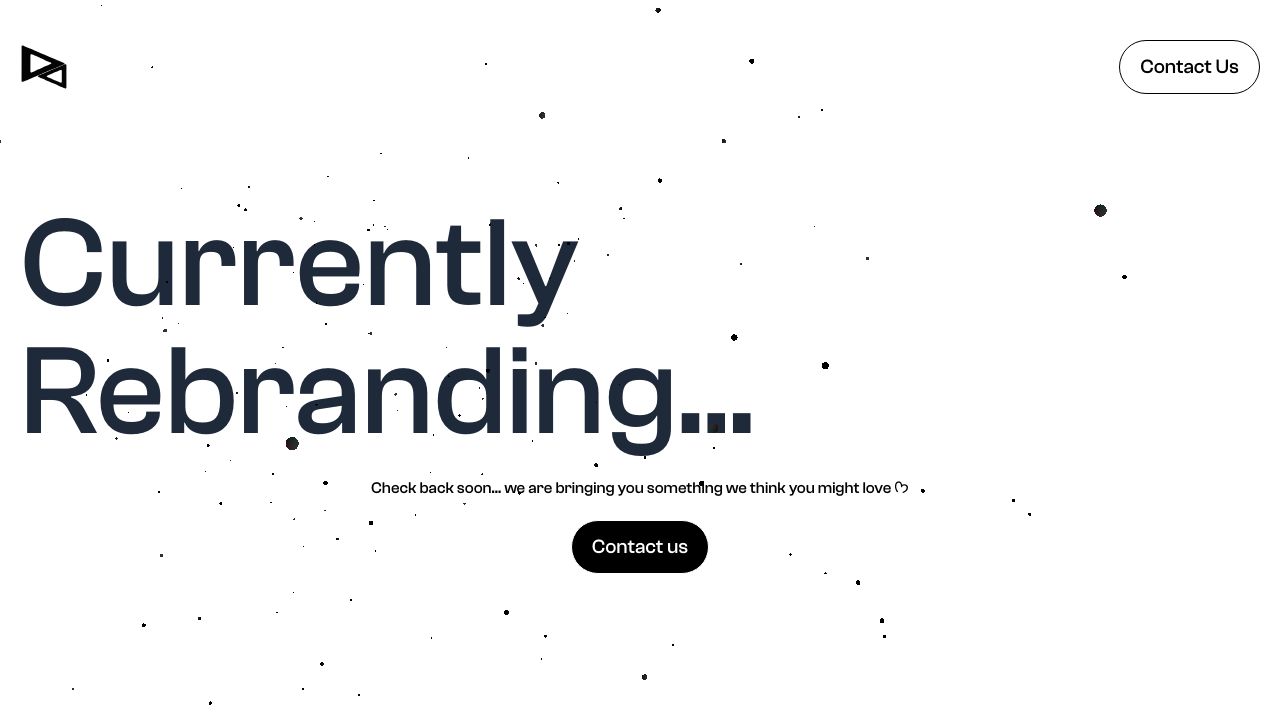
Repository: Cybugg/Nexxistudios-new
Page: /
An editor plug-in stored every save of this project. The page is shown before and after the next save, followed by the edit.
The browser window is 1280 px wide. The pictures show the whole page.
The project was rebuilt for these pictures with package versions that can differ from the ones it lists, and the page was loaded fresh each time. The framework's server and built-in components were replaced by stand-ins that run in the browser. Also part of the build but not shown: next.config.mjs.

Above is the page before, as saved 2025-09-06 16:15:50.

After the next save:
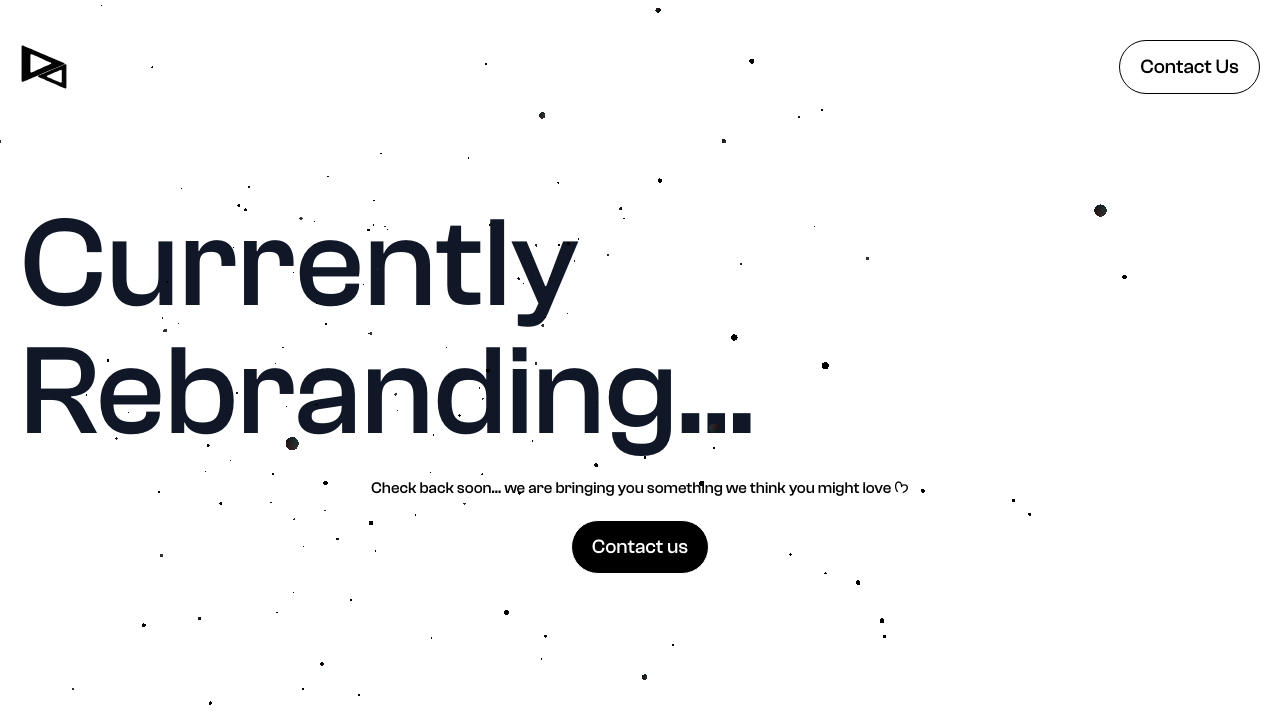
Saved 4 s later.
--- a/app/components/hero.js
+++ b/app/components/hero.js
@@ -10,7 +10,7 @@ function Hero() {
     <div className="flex flex-col items-center justify-center gap-5 w-full">
 
 {/* Main Text */}
-<h1 className=" text-black flex items-center justify-center text-gray-800  w-full   text-9xl ">
+<h1 className=" text-black flex items-center justify-center text-gray-900  w-full   text-9xl ">
 Currently Rebranding...
 </h1>
 {/* Sub-text */}
